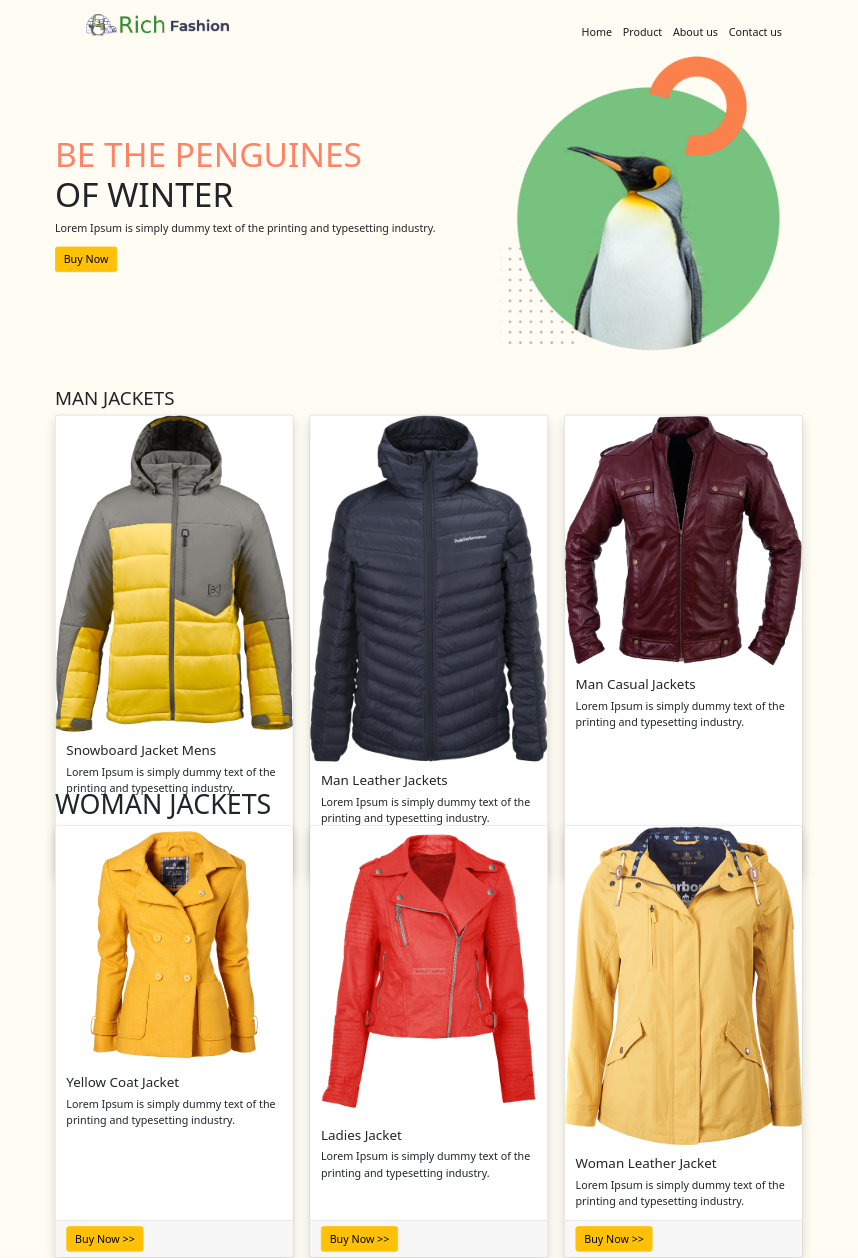
Repository: sabbircse3/fashion
Page: index.html
These files come from the project's save history. The page is drawn as it stood at one moment and after a run of saves; the edit follows.
The browser window is 1280 px wide. The pictures show the whole page, at 67% of full size.

Above is the page before, as saved 2021-01-14 02:46:00.

### index.html
<!DOCTYPE html>
<html lang="en">
<head>
    <meta charset="UTF-8">
    <meta name="viewport" content="width=device-width, initial-scale=1.0">
    <title>Rich Fashion</title>

    <link rel="stylesheet" href="css/bootstrap.min.css">
    <style>
        .bg{
            background-color: #fffbf0be;
        }
        #hmenu{
            margin: 20px 0px 0px 500px;
        }
        .half-width{
            width: 35%;
            float: left;
            margin-left: 9%;
            padding-left: 2%;
        }
        .half-width h1{
            margin-top: 150px;
        }
        .half-width img{
            width: 100%;
        }
        section{
            height: 550px;
        }
        h1{
            font-size: 50px;
        }
        h2{
            font-size: 40px;
        }
        .name-highlight{
            color: #FF8367;
        }
        .mt-5{
            padding-bottom: 200px;

            position: relative;
        }

    </style>
</head>
<body class="bg">
    <header class="container">

        <nav class="navbar navbar-expand-lg navbar-light ">
            <div class="container-fluid">

              <a class="navbar-brand" href="#"><img src="images/Group 33072.png" alt="" width="250px"></a>

              <button class="navbar-toggler" type="button" data-bs-toggle="collapse" data-bs-target="#navbarNavAltMarkup" aria-controls="navbarNavAltMarkup" aria-expanded="false" aria-label="Toggle navigation">
                <span class="navbar-toggler-icon"></span>
              </button>

              <div class="collapse navbar-collapse hmenu"navbarNavAltMarkup">

                <div  class="navbar-nav" id="hmenu" >
                  <a class="nav-link active" aria-current="page" href="#">Home</a>
                  <a class="nav-link active" href="#">Product</a>
                  <a class="nav-link active" href="#">About us</a>
                  <a class="nav-link active" href="#" tabindex="-1" aria-disabled="true">Contact us</a>
                </div>
              </div>
            </div>
          </nav>
    </header>


    <div class="container">
        <div id="carouselExampleControls" class="carousel slide orange-bg" data-ride="carousel">
            <div class="carousel-inner">
              <div class="carousel-item active">
                <div class="row align-items-center">
                    <div class="col-md-7">
                        <h1><span class="name-highlight">BE THE PENGUINES <br></span>OF WINTER</h1>
                        <p>Lorem Ipsum is simply dummy text of the printing and typesetting industry.</p>
                        <button class="btn btn-warning">Buy Now</button>
                    </div>
                    <div class="col-md-5">
                        <img src="images/penguin.png" class="d-block w-100" alt="...">
                    </div>
                </div>



            </div>

          </div>
    </div>

    <section class="mt-5">
        <h3>MAN JACKETS</h3>
        <div class="row row-cols-1 row-cols-md-3 g-4">
            <div class="col">
                <div class="card h-100 shadow">
                    <img src="images/image 11.png" class="card-img-top" alt="...">
                    <div class="card-body">
                        <h5 class="card-title">Snowboard Jacket Mens</h5>
                        <p class="card-text">Lorem Ipsum is simply dummy text of the printing and typesetting industry.</p>
                    </div>
                    <div class="card-footer">
                        <button class="btn btn-warning">Buy Now >></button>
                    </div>
                </div>
            </div>
            <div class="col">
                <div class="card h-100 shadow">
                    <img src="images/toppng 1.png" class="card-img-top" alt="...">
                    <div class="card-body">
                        <h5 class="card-title">Man Leather Jackets</h5>
                        <p class="card-text">Lorem Ipsum is simply dummy text of the printing and typesetting industry.</p>
                    </div>
                    <div class="card-footer">
                        <button class="btn btn-warning">Buy Now >></button>
                    </div>
                </div>
            </div>
            <div class="col">
                <div class="card h-100 shadow">
                    <img src="images/vippng 1.png" class="card-img-top" alt="...">
                    <div class="card-body">
                        <h5 class="card-title">Man Casual Jackets</h5>
                        <p class="card-text">Lorem Ipsum is simply dummy text of the printing and typesetting industry.</p>
                    </div>
                    <div class="card-footer">
                        <button class="btn btn-warning">Buy Now >></button>
                    </div>
                </div>
            </div>
        </div>
    </section>

    <section class="mt-5">
        <h2>WOMAN JACKETS</h2>
        <div class="row row-cols-1 row-cols-md-3 g-4">
            <div class="col">
                <div class="card h-100 shadow">
                    <img src="images/SeekPng 1.png" class="card-img-top" alt="...">
                    <div class="card-body">
                        <h5 class="card-title">Yellow Coat Jacket</h5>
                        <p class="card-text">Lorem Ipsum is simply dummy text of the printing and typesetting industry.</p>
                    </div>
                    <div class="card-footer">
                        <button class="btn btn-warning">Buy Now >></button>
                    </div>
                </div>
            </div>
            <div class="col">
                <div class="card h-100 shadow">
                    <img src="images/image 15.png" class="card-img-top" alt="...">
                    <div class="card-body">
                        <h5 class="card-title">Ladies Jacket</h5>
                        <p class="card-text">Lorem Ipsum is simply dummy text of the printing and typesetting industry.</p>
                    </div>
                    <div class="card-footer">
                        <button class="btn btn-warning">Buy Now >></button>
                    </div>
                </div>
            </div>
            <div class="col">
                <div class="card h-100 shadow">
                    <img src="images/PngItem_2597366 1.png" class="card-img-top" alt="...">
                    <div class="card-body">
                        <h5 class="card-title">Woman Leather Jacket</h5>
                        <p class="card-text">Lorem Ipsum is simply dummy text of the printing and typesetting industry.</p>
                    </div>
                    <div class="card-footer">
                        <button class="btn btn-warning">Buy Now >></button>
                    </div>
                </div>
            </div>
        </div>
    </section>


    <script src="js/bootstrap.min.js"></script>
</body>
</html>

Loaded but not shown: css/bootstrap.min.css (library); js/bootstrap.min.js (library)

After the next 3 saves:
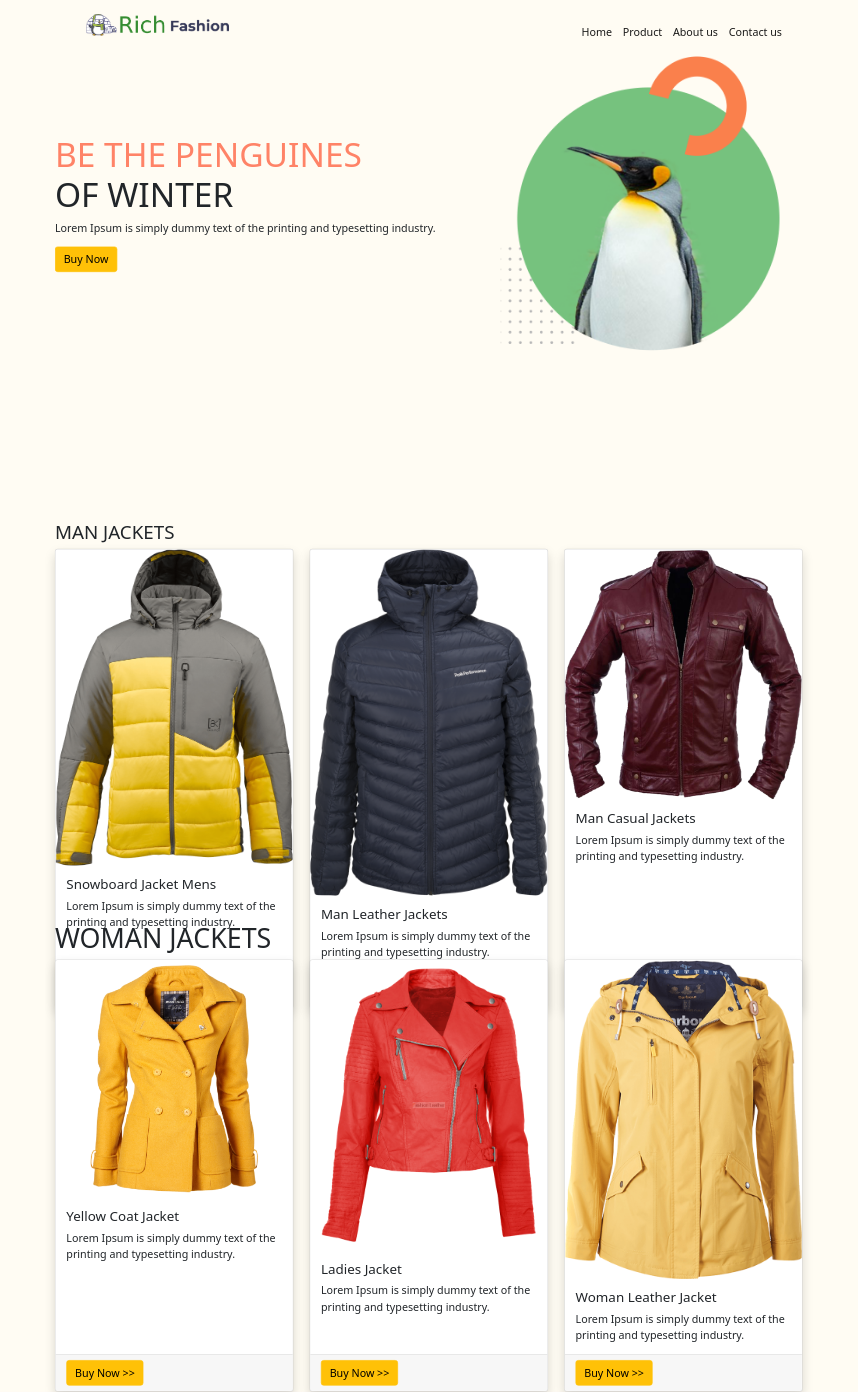
The 3 saves are shown as one change because they came seconds apart.
The last was saved 10 s later.
--- a/index.html
+++ b/index.html
@@ -38,7 +38,7 @@
             color: #FF8367;
         }
         .mt-5{
-            padding-bottom: 200px;
+            padding-top: 200px;
 
             position: relative;
         }
